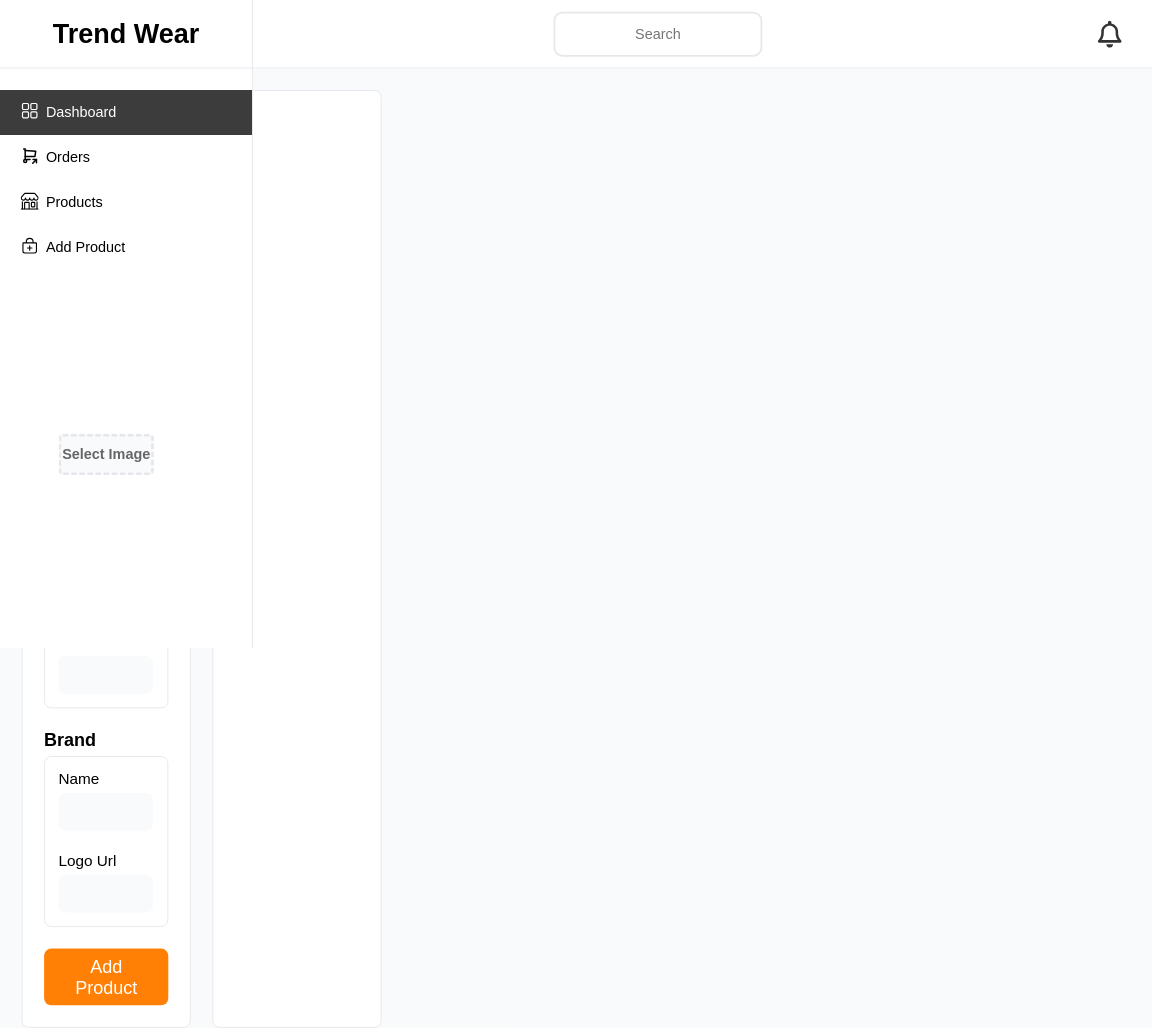
Repository: ahmad-dev7/TrendWear
Page: / (app in trend_wear_dashboard/)
These files come from the project's save history. The page is drawn as it stood at one moment and after the next save; the edit follows.
The browser window is 1280 px wide. The pictures show the whole page, at 90% of full size.
The project was rebuilt for these pictures with package versions that can differ from the ones it lists, and the page was loaded fresh each time. Also part of the build but not shown: trend_wear_dashboard/vite.config.ts.

Above is the page before, as saved 2025-01-20 13:36:40.

After the next save:
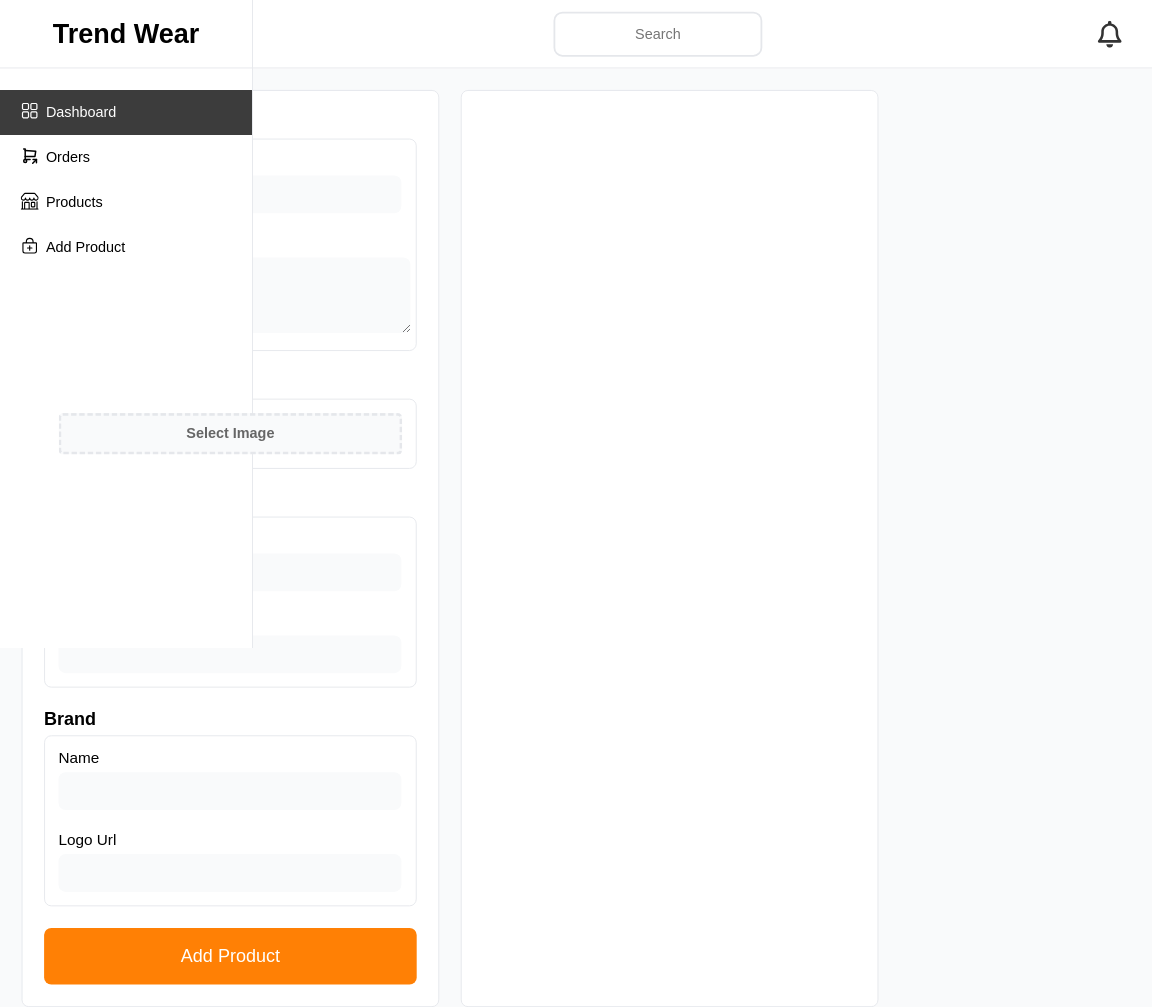
Saved 28 s later.
--- a/trend_wear_dashboard/src/Components/Body/Body.css
+++ b/trend_wear_dashboard/src/Components/Body/Body.css
@@ -2,7 +2,7 @@
     display: flex;
     flex-direction: column;
     margin: 24px;
-    max-width: 400px;
+    max-width: calc(100% - (280px + 48px));
     /*  Adding   */
     /* margin-left: 280px;
     width: calc(100% - 580px); */
